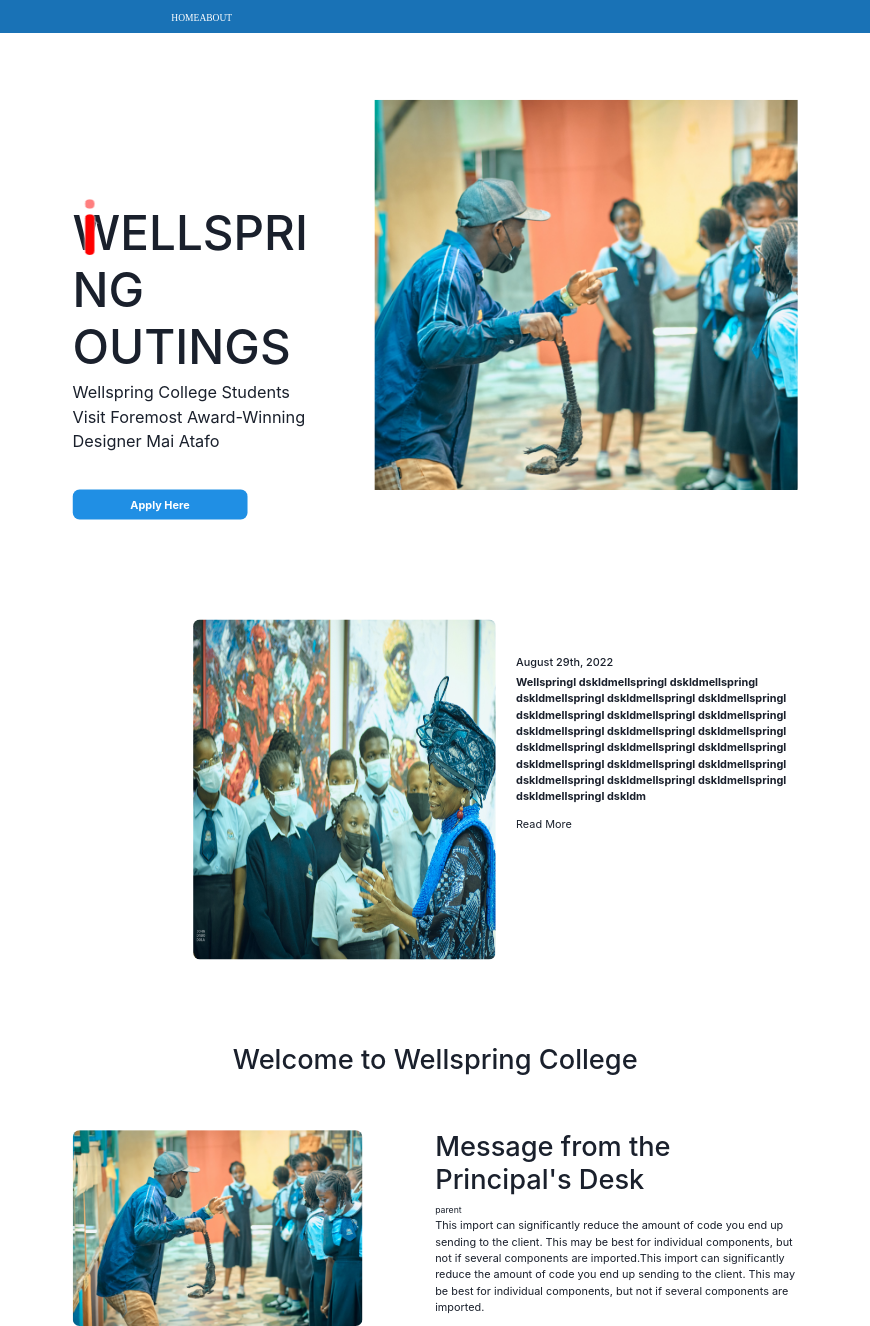
Repository: gr8skills/wellspring-school-forked
Page: /
The author's editor kept a copy of each file at every save. The page is drawn from the files as they stood at one save, then again after the next save.
The browser window is 1280 px wide. The pictures show the whole page, at 68% of full size.
The project was rebuilt for these pictures with package versions that can differ from the ones it lists, and the page was loaded fresh each time. Also part of the build but not shown: src/components/Navbar/Dropdown.scss, src/components/Navbar/Dropdown.js, src/components/Calendar/Calendar.js.

Above is the page before, as saved 2022-12-01 18:23:31.

### src/index.css
body {
  /* margin: 0;
  font-family: -apple-system, BlinkMacSystemFont, 'Segoe UI', 'Roboto', 'Oxygen',
    'Ubuntu', 'Cantarell', 'Fira Sans', 'Droid Sans', 'Helvetica Neue',
    sans-serif;
  -webkit-font-smoothing: antialiased;
  -moz-osx-font-smoothing: grayscale; */
}

/* code {
  font-family: source-code-pro, Menlo, Monaco, Consolas, 'Courier New',
    monospace;
} */

### src/App.js
import logo from './logo.svg';
import './App.css';
import { BrowserRouter, Routes, Route, Link, Outlet } from "react-router-dom";
import "bootstrap/dist/css/bootstrap.min.css";

import NavBar from './components/Navbar/Navbar';
import { Home } from './pages/Home/Home';

function App() {
  return (


    <BrowserRouter>
      <NavBar />

      <Routes>
        <Route path="/" element={<Home />} />
        {/* <Route path="users" element={<Users />}>
          <Route path="me" element={<OwnUserProfile />} />
          <Route path=":id" element={<UserProfile />} />
        </Route> */}
      </Routes>
    </BrowserRouter>
  );
}

export default App;

### src/App.css
body{
}

.App {
  text-align: center;
    background-color:black;

}

.App-logo {
  height: 40vmin;
  pointer-events: none;
}

@media (prefers-reduced-motion: no-preference) {
  .App-logo {
    animation: App-logo-spin infinite 20s linear;
  }
}


@keyframes App-logo-spin {
  from {
    transform: rotate(0deg);
  }
  to {
    transform: rotate(360deg);
  }
}

### src/pages/Home/Home.js

import Carousel from "react-bootstrap/Carousel";
import Slider1 from "../../assets/slider1.png";
import Slider2 from "../../assets/slider2.png";
import { Sliders } from "../../components/Sliders/Sliders";
import { Button, ButtonGroup } from "@chakra-ui/react";

import "./_home.scss";
import { AppButton } from "../../components/AppButton/AppButton";
import { Calendar } from "../../components/Calendar/Calendar";
import { News } from "../../components/News/News";
export const Home =()=>{
    return (
      <>
        <div className="home-page-trans col-md-12 flexy">
          <div className="col-md-1">&nbsp;</div>
          <div className="col-md-10">
            {" "}
            <Carousel fade>
              <Carousel.Item>
                <div className="col-md-12 flexy">
                  <div className="col-md-4 slider-label">
                    <h1>Beyond the Classroom</h1>
                    <p>
                      Wellspring College Students Visit Foremost Award-Winning
                      Designer Mai Atafo
                    </p>
                  </div>
                  <div className="col-md-1">&nbsp;</div>
                  <div className="col-md-7">
                    <img
                      className="col-md-12 imgCaro"
                      src={Slider1}
                      alt="Scholar"
                    />
                  </div>
                </div>
              </Carousel.Item>

              <Carousel.Item>
                <div className="col-md-12 flexy">
                  <div className="col-md-4 slider-label">
                    <h1>WELLSPRING OUTINGS</h1>
                    <p>
                      Wellspring College Students Visit Foremost Award-Winning
                      Designer Mai Atafo
                    </p>
                  </div>
                  <div className="col-md-1">&nbsp;</div>

                  <div className="col-md-7">
                    <img
                      className="col-md-12 imgCaro"
                      src={Slider2}
                      alt="Scholar"
                    />
                  </div>
                </div>
              </Carousel.Item>
            </Carousel>
            <AppButton text="Apply Here" />
            {/* <Calendar month="Nov" day="10" year="2022" event="Open Day" time="10:00am-3:00pm"/> */}
            <News />
          </div>
        </div>
        <div className="col-md-12 welcome-message-title">
          <Sliders
            header="Welcome to Wellspring College"
            message="This import can significantly reduce the amount of code you end up sending to the client. This may be best for individual components, but not if several components are imported.This import can significantly reduce the amount of code you end up sending to the client. This may be best for individual components, but not if several components are imported."
            sliderImg={Slider2}
            title="Message from the Principal's Desk"
            speaker="parent"
          />
        </div>
      </>
    );
}

### src/components/Navbar/MenuItems.js
export const navMenus = {
    about: [
        // {title: 'About ' + process.env.REACT_APP_SITE_NAME, path: '/about', cName: 'dropdown-link'},
        // {title: 'Administrator’s Message', path: '/about/administrators-message', cName: 'dropdown-link'},
        // {title: 'Proprietor’s Message', path: '/about/proprietors-message', cName: 'dropdown-link'},
        // {title: 'History of the School', path: '/about/history', cName: 'dropdown-link'},
        // {title: 'Contact Us', path: '/about/contact-us', cName: 'dropdown-link'},
    ]
}

export default navMenus;

### src/components/Navbar/NavBar.module.css


.navCont{
    position: relative;
    /* display: flex; */
    width:25%;
    /* justify-content: space-between; */
    /* margin: 0 auto; */
    /* max-height: 5rem; */
    padding-left:220px;

}

.nav-links{
    font-size:10px !important;
}


.imgCont{
    position: relative;
}

/* .imgContent{
    position: absolute;
    z-index: 1;
    height: 6vw;

} */

/* .btnPortal{
    background-color: #4CA14900;
    color: #fff;
    height: 2.5rem;
    width: 7rem;
    font-size: 18px;
    border-radius: 5px;
    position: relative;
    outline: 0;
    border: 0;
    transition: 1.5s scale linear;
} */

/* .btnPortal:focus{
    outline: 0;
    border: 0;
} */

/* .btnPortal:hover{
    transform: scale(1.02);
    background-color: #4CA149CF;
} */

/* .fIcon{
    width: 30px;
    height: 30px;
    padding: 5px 5px;
    transform: translate(-6px, -1px);
} */

/* @media screen and (max-width: 960px) {
    .navCont{
        position: relative;
        display: flex;
        width: 100%;
        justify-content: space-between;
        margin: 0 auto;
        max-height: 5rem;

    }

    .imgContent{
        position: absolute;
        z-index: 1;
        height: 16vw;

    }

}


 */

### src/components/Navbar/_navbar.scss
@import "../../variables";





.navContainer{
    background:$themecolor;
    min-height: 3rem;
    position: fixed;
    z-index: 1;
    right: 0;
    width: 100%;
    top: 0;
}


.nav-list{
    display: flex;
    max-width: 70%;
    width: 70%;
    justify-content: space-between;
    list-style: none;
    color: #fff;
    font-family: monserat;
    transform: translateY(54%);
    margin: 0 !important;
}

.nav-list li{
    line-height: 25px;
    text-align: center;
    margin: 0;
    font-size: 14px;

}

/* .nav-list li a{
    color: #fff;
} */


.nav-item {
    height: auto;
    justify-content: center;
    display: flex;
}

.menu-icon{
    display: none;
}




.nav-links {
    color: #fff;
    display: flex;
    align-items: center;
    text-decoration: none;
    height: 100%;
    transition: all 0.2s ease-out;

}

.nav-links:hover {
    background-color: #fff;
    text-decoration: none;
    // padding:5px;
    color:$themecolor;
}


@media screen and (max-width: 600px) {
    .ph{
        display: none;
    }

@media screen and (max-width: 960px) {
    .nav-list{
        display: none;
    }
}

    .menu-icon{
        display: block;
    }

    .nav-list{
        display: flex;
        flex-direction: column;
        position: absolute;
        height: 42rem;
        width: 100%;
        max-width: 100% !important;
        top: 48px;
        transform: translateY(4%);
        /* z-index: 999; */
        opacity: 1;
        right: -100%;
        transition: all .5s linear;
    background-color: #4CA149;

    }
.mainMenu li a{
    line-height:20px !important;

}
    .nav-list.active{
        transition: all 0.3s ease-out;
        visibility: visible;
        transition: all .5s linear;
        right: 0;
        /* z-index: 1; */
    }

    .nav-list.active li {
        font-size: 4vw;
        position: relative;
        margin: 30px 0;
    }


    .fa-times{
        position: relative;
        float: right;
        width: 100%;
    }

    .fa-times, .fa-bars{
        font-size: 40px;
        color: #feed00;
        transition: all 1.5ms linear;
        transform: translate(-29px, 17px);

    }
.nav-links{
    display:none;
}
}




@media screen and (min-width: 960px) {
    .wrapper{
        display:none;
    }
}



/*for sidenav*/




.ph:hover{
    background-color:rgb(255, 165, 0) !important;
    opacity:1 !important
}
.wrapper{
    position: absolute;
    top: 50%;
    left: 50%;
    transform: translate(-50%, -50%);

}
.mainMenu{
    width: 250px;
    display: block;
    border-radius: 10px;
    overflow: hidden;
}
.mainMenu a{
  font-size:20px !important;
  font-weight:bold !important;
      font-family: monserat;
      /* margin-bottom:-20px; */
}
.item{
    border-top: 1px solid orange;
    overflow: hidden;
margin: top 0;
line-height: 20px !important;
}
.btn{
    display: block;
    padding: 15px 20px;
    color: #fff;
    position: relative;
    padding-left:5px !important;
    /* text-align:left !important; */

}
.btn:before{
    content: '';
    position: absolute;
    width: 0;
    height: 0;
    border-left: 8px solid transparent;
    border-right:8px solid transparent;
    /* border-top:10px solid rgba(0,128,0,0.9); */
    right: 15px;
    bottom: -10px;
    z-index: 9;

}
.btn i {
    margin-right: 7px;
    margin-left: -5px;
    font-size: 13px;
}
.subMenu{
    /* background:#A3DA8D !important; */
      overflow: hidden;
        /* background:rgba(78,161,73, 0.1)!important; */
        background:rgba(178,161,173, 0.1)!important;

    transition: max-height 0.7s;
max-height: 0;
z-index:300000000 !important;
position:relative !important;

}
.subMenu a{
    display: block;
    /* padding: 5px 10px !important; */
    color: #fff !important;
    font-size: 14px !important;
    border-bottom: 1px solid #394c7f;
    position: relative;
    margin-top:5px !important;


}
.subMenu a:before{
    content: '';
    opacity: 0;
    transition: opacity 0.3s;

}
.subMenu a:hover:before{
    content: '';
    position: absolute;
    height: 0;
    width: 6px;
    left: 0;
    top:0;
    opacity: 1;
    /* background-color: #d8d824; */
    border-top: 24px solid transparent;
    border-left: 11px solid #ffffff;
    border-bottom: 24px solid transparent;
}
.subMenu a:after{
    content: '';
    opacity: 0;
    transition: opacity 0.3s;

}
.subMenu a:hover:after{
    content: '';
    position: absolute;
    height: 0;
    width: 6px;
    right: 0px;
    top:0;
    opacity: 1;
    /* background-color: #d8d824; */
    border-top: 24px solid transparent;
    border-right: 11px solid #ffffff;
    border-bottom: 24px solid transparent;
}
.subMenu a:hover{
   background-color:orange;
    transition: all 0.3s;
    border-bottom: 2px solid #394c7f;
}
.subMenu a:last-child{
    border:none;
}
.item:target .subMenu{
    max-height: 300px;
        /* transition: max-height 0.7s !important; */

}

.login{
  background-color:#ED2f59;
  padding:5px 14px 5px 14px !important;
  border-radius:5px;
margin-right:55px;
margin-left:30px;
font-family: 'Poppins', sans-serif;

  }



.portal{
  background-color:rgb(221, 156, 35);
  /* padding:7px; */
  width:120px;
  margin-left:50px;
  border-radius:5px;
 padding:7px !important;
 font-size:5px !important;
 color:white !important;
    /* padding-bottom:6px !important; */
  margin-top:20px !important;
   font-size:11px !important;
      text-decoration: none;

  }

  .portal a{

  }

### src/components/Sliders/Sliders.js
import './_sliders.scss'

export const Sliders=(props)=>{
    return (
      <>
        <div className="col-md-12 slider-header">
          <h1>{props.header}</h1>
        </div>
        <div className="col-md-12 flexy slider-container">
          <div className="col-md-1">&nbsp;</div>
          <div className="col-md-4">
            <img
              className="col-md-12 imgCaro"
              src={props.sliderImg}
              alt="Scholar"
            />
          </div>
          <div className="col-md-1">&nbsp;</div>
          <div className="col-md-5">
            <h1>{props.title}</h1>
            <small>{props.speaker}</small>
            <p>{props.message}</p>
          </div>
        </div>
      </>
    );
}

### src/pages/Home/_home.scss
@import "../../variables";
@import "../../shared-styles";



.home-page-trans{
    img{
            margin-top:147px;
            height:100% !important;

    }
    .slider-label{
        margin-top:300px;
        h1{
                    font-size:70px;

        }
        p{
            font-size:24px;
        }
    }
    .carousel {
    position: relative;
    z-index: 0;

}
.carousel-inner {
    position: relative;
    width: 100%;
    overflow: hidden;
    height: 100vh;
}

.imgCaro{
    width: 100%;
    height: 100%;
    object-fit: cover;
}

.carousel-indicators > button.active {
    opacity: 1;
    max-width: 14px !important;
    max-height:60px  !important;
    min-width: 14px !important;
    min-height:60px  !important;
    background-color: red !important;
    border-color: #fff !important;
    outline: none;
    border: none;
    border-radius: 7px !important;

}

.carousel-indicators button{
    max-width: 14px !important;
    max-height: 14px !important;
    min-width: 14px !important;
    min-height: 14px !important;
    margin: 3px 5px !important;
    border-radius: 7px !important;
    background-color: red!important;
    border: 1px solid #fff !important;
    transition: all .5s linear ;

}

.carousel-indicators button:focus{
        outline:0;
        border-color: #4287BD;
}
.carousel-indicators  {
    position: absolute;
    right: 0;
    bottom: 10px;
    left: 0;
    z-index: 15;
    display: flex;
    flex-direction: column;
    height: 100%;
    justify-content: center;
    padding-left: 0;
    margin-right: 0;
    margin-left: 1vw;
    list-style: none;
    outline: none;
    border: none;
}

.carousel-control-next {
    left: 1vw;
    transform: rotate(-91deg);
    position: absolute;
    margin-top: 15% !important;
    justify-content: right !important;
    height: 10px;
    width: 18px !important;
    font-size: 50px;

}
.carousel-control-prev {
    left: 1.5vw;
    transform: rotate(91deg) !important;
    position: absolute;
    margin-top: 30% !important;
    justify-content: right !important;
    height: 10px;
    font-size: 50px;
    width: 20px !important;
}
// .carousel-control-prev::after{
//     content: url('../../assets/DownArrows.svg');
//     background-color: red;
//     font-size: 54px;
//     z-index: 100;
//     right: 0;
//     width: 20px;
//     height: 80px;
// }
// .carousel-control-next::after{
//     content: url('../../assets/DownArrows.svg');
//     background-color: red !important;
//     font-size: 54px;
//     z-index: 1000000000000000000000000000;
//     position:relative;
//     right: 0;
//     width: 20px;
//     height: 80px;
// }
}

### src/components/AppButton/AppButton.js
import { Button, ButtonGroup } from "@chakra-ui/react";
import "./_app-button.scss";
export const AppButton =(props)=>{
    return (
      <button className="app-button">
        {props.text}
      </button>
    );
}

### src/components/News/News.js
import "./_news.scss";
import Slider1 from "../../assets/slider1.png";
import { Link, NavLink } from "react-router-dom";

export const News=()=>{
return (
  <>
    <div className="col-md-12 flexy news-container">
      <div className="col-md-2">&nbsp;</div>
      <div className="col-md-10 flexy">
        <div className="col-md-6 news-img">
          {" "}
          <img className="col-md-12" src={Slider1} alt="Scholar" />
        </div>
        <div className="col-md-6 news-description">
          <h6>August 29th, 2022</h6>
          <p>
            <strong>Wellspringl dskldmellspringl dskldmellspringl dskldmellspringl dskldmellspringl dskldmellspringl dskldmellspringl dskldmellspringl dskldmellspringl dskldmellspringl dskldmellspringl dskldmellspringl dskldmellspringl dskldmellspringl dskldmellspringl dskldmellspringl dskldmellspringl dskldmellspringl dskldmellspringl dskldmellspringl dskldmellspringl dskldmellspringl dskldm</strong>
          </p>
          <Link to="#">Read More</Link>
        </div>
      </div>
    </div>
  </>
);
}

### src/_variables.scss
$themecolor:#1972B6;
$themecolor2:rgb(32,143,228);

### src/components/Sliders/_sliders.scss
@import "../../variables";
@import "../../shared-styles";


.slider-header{
    text-align: center;
    margin-top:70px;
    margin-bottom:80px;
    font-size:50px;
}
.slider-container{
    img{
         position: relative;
    width: 100%;
    overflow: hidden;
    height: 40vh;
    border-radius:10px;;
            object-fit: cover;

    }
}

### src/_shared-styles.scss
@media screen and (max-width:620px){
    .flexyM{
        display:flex;
    }
}@media screen and (min-width:620px){
    .flexy{
        display:flex;
    }
}

### src/components/AppButton/_app-button.scss
@import "../../shared-styles";
@import "./overides";
@import "../../variables";

.app-button{
    background-color:$themecolor2;
    color:white;
    padding:10px 85px;
    font-weight:bold;
    border-radius:10px;
}

### src/components/Calendar/_calendar.scss
@import "../../shared-styles";
@import "../../variables";



.calendar-container{
    .calendar-box{
background-color:$themecolor2;
height:100px;
width:110px;
border-radius: 10px;
color:#fff;
    text-align: center;
    padding:10px 0;

    }
    p{
        color:grey;
    }
    .calendar-day{
        font-size:35px;
    }
    .calendar-description{
        font-size:25px;
    }
}

### src/components/News/_news.scss
@import "../../shared-styles";
@import "../../variables";
.news-container{
    .news-img{
                margin-bottom:200px;

    }
    img{
        width:100%;
        border-radius: 10px;


    }
    .news-description{
        margin-top:200px;
        margin-left:30px;
    }
}

### src/components/AppButton/_overides.scss
@import "../../variables";



.css-jut409{
    background-color:$themecolor;
    padding:140px !important;
}

Loaded but not shown: public/index.html (common file); src/index.js (common file); src/reportWebVitals.js (common file); src/components/Navbar/Navbar.js (300 lines, source omitted)

After the next save:
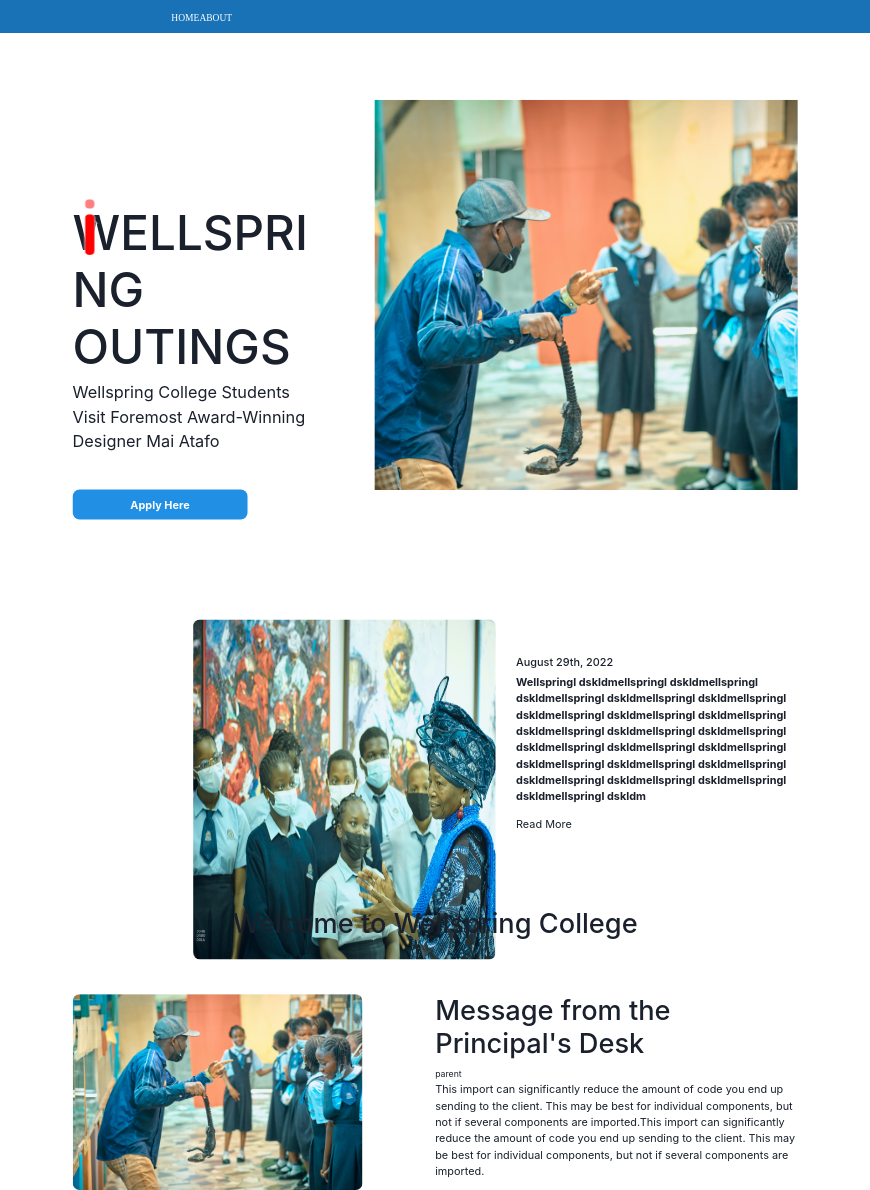
Saved 10 s later.
--- a/src/components/News/_news.scss
+++ b/src/components/News/_news.scss
@@ -2,7 +2,7 @@
 @import "../../variables";
 .news-container{
     .news-img{
-                margin-bottom:200px;
+                // margin-bottom:200px;
 
     }
     img{

After the save that followed:
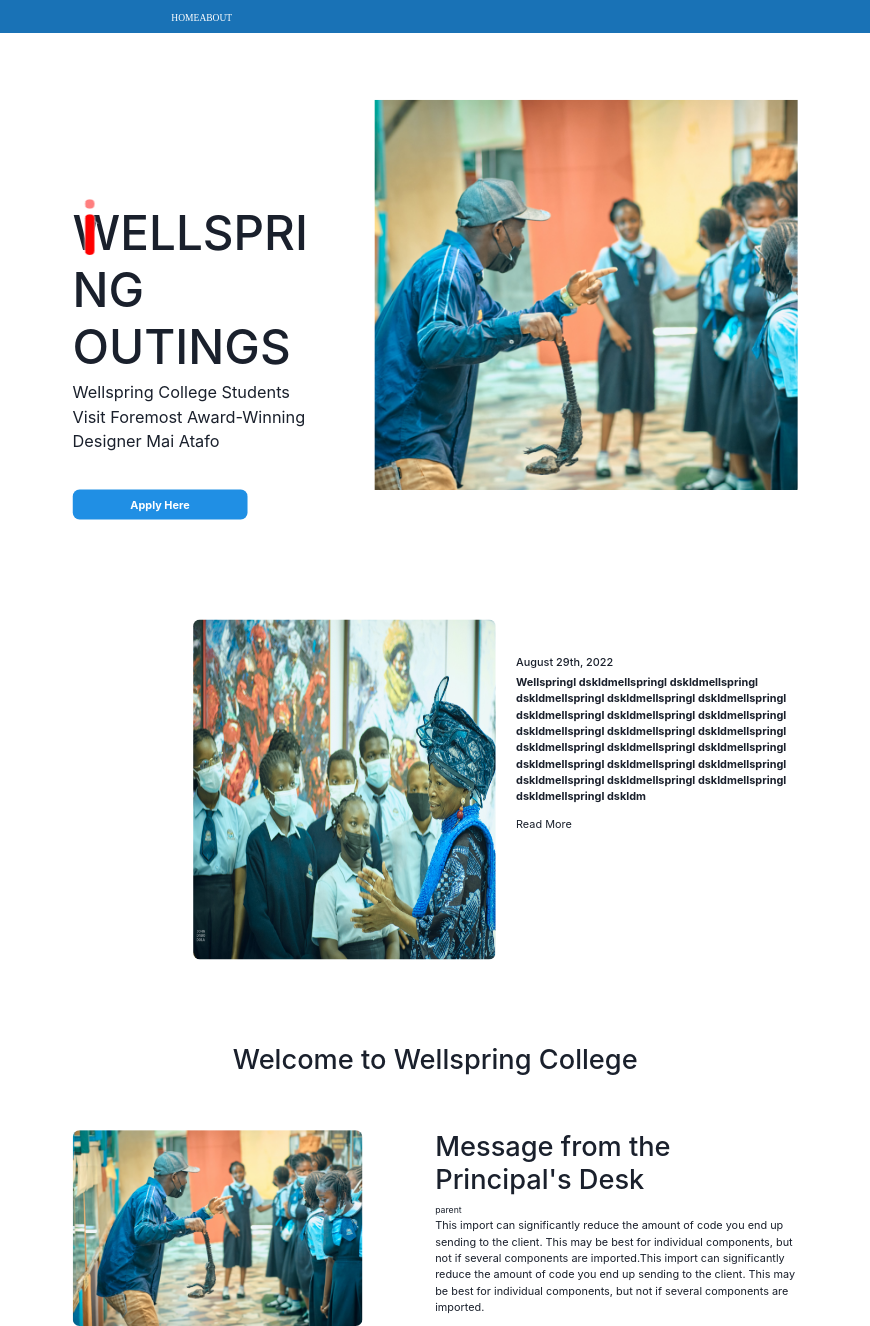
Saved 6 s later.
--- a/src/components/News/_news.scss
+++ b/src/components/News/_news.scss
@@ -2,7 +2,7 @@
 @import "../../variables";
 .news-container{
     .news-img{
-                // margin-bottom:200px;
+                margin-bottom:200px;
 
     }
     img{
